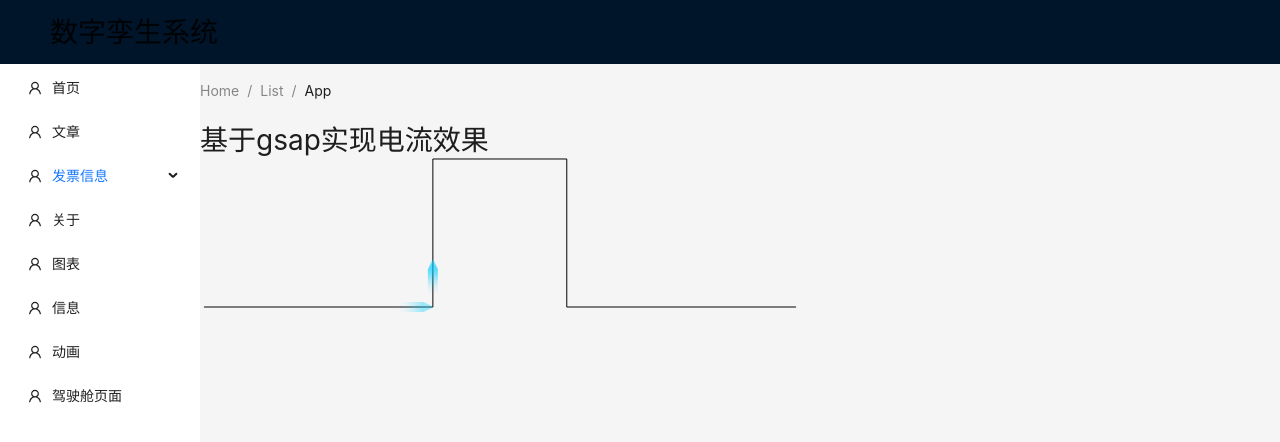
Repository: HailiePan/webpack-react-practice
Page: /animation
The author's editor kept a copy of each file at every save. The page is drawn from the files as they stood at one save, then again after the next save.
The browser window is 1280 px wide. The pictures show the whole page.
The project was rebuilt for these pictures with package versions that can differ from the ones it lists, and the page was loaded fresh each time. Also part of the build but not shown: src/pages/Animation/component/ScrollAnimation/index.jsx, src/pages/Home.jsx, src/pages/Invoices/index.jsx, src/pages/Invoices/Invoice.jsx, src/pages/Invoices/Pending.jsx, src/pages/Invoices/Complete.jsx, src/components/CommonBox/index.less, src/components/CommonBox/index.jsx and 27 more.

Above is the page before, as saved 2024-01-24 17:18:38.

### index.html
<!--
 * Author  hailie.pan
 * Date  2023-10-08 16:03:03
 * LastEditors  hailie.pan
 * LastEditTime  2023-10-08 16:03:04
 * Description  file content
-->
<!--
 * Author  hailie.pan
 * Date  2023-10-07 17:34:05
 * LastEditors  hailie.pan
 * LastEditTime  2023-10-07 17:34:06
 * Description  file content
-->
<!DOCTYPE html>
<html lang="en">
  <head>
    <meta charset="UTF-8" />
    <meta http-equiv="X-UA-Compatible" content="IE=edge" />
    <meta name="viewport" content="width=device-width, initial-scale=1.0" />
    <title>Document</title>
  </head>
  <body>
    <div id="app"></div>
  </body>
</html>

### src/index.jsx
/*
 * Author  hailie.pan
 * Date  2023-10-07 17:16:58
 * LastEditors  hailie.pan
 * LastEditTime  2023-10-24 17:39:40
 * Description  file content
 */
import React, { StrictMode } from "react";
import * as ReactDOM from "react-dom/client";
import { BrowserRouter, useRoutes } from "react-router-dom";
import { routes } from "@/router";
const App = () => {
  return useRoutes(routes);
};
const root = ReactDOM.createRoot(document.getElementById("app"));
// v18 的新方法
root.render(
  <StrictMode>
    <BrowserRouter>
      <App />
    </BrowserRouter>
  </StrictMode>
);

// BrowserRouter下直接渲染useRoutes,routes里配置好路径对应的组件
// 然后就会显示路径对应的组件
// useRoutes(routes)必须在函数里写着

### src/router/index.js
/*
 * @Author: Hailie.Pan
 * @Date: 2023-11-28 10:30:45
 * @LastEditors: Hailie.Pan
 * @LastEditTime: 2024-01-11 10:41:08
 * @Description:
 */
/*
 * Author  hailie.pan
 * Date  2023-10-13 17:13:27
 * LastEditors  hailie.pan
 * LastEditTime  2023-11-28 10:30:45
 * Description  file content
 */
import React from "react";
import { useRoutes } from "react-router-dom";

import BaseLayout from "@/BaseLayout";

import Home from "@/pages/Home";
import Invoices from "@/pages/Invoices";
import Invoice from "@/pages/Invoices/Invoice";
import Pending from "@/pages/Invoices/Pending";
import Complete from "@/pages/Invoices/Complete";
import About from "@/pages/About";
import Article from "@/pages/Article";
import ControlRoomFirstPage from "@/pages/ControlRoomFirstPage";
import Chart from "@/pages/Chart";
import Info from "@/pages/Info";
import Animation from '@/pages/Animation'

const routes = [
  {
    path: "/",
    element: <BaseLayout />,
    name: "一级场景",
    children: [
      { path: "/home", element: <Home />, name: "首页" },
      { path: "/article", element: <Article />, name: "文章" },
      {
        // path: "/invoices",
        // element: <Invoices />,
        name: "发票信息",
        children: [
          {
            path: "/invoices/invoicesDetail/:id",
            element: <Invoice />,
            name: "发票1详情",
          },
          {
            path: "/invoices/pending",
            element: <Pending />,
            name: "发票2详情",
          },
          {
            path: "/invoices/complete",
            element: <Complete />,
            name: "发票3详情",
          },
        ],
      },

      {
        path: "/about",
        element: <About />,
        name: "关于",
      },
      {
        path: "/chart",
        element: <Chart />,
        name: "图表",
      },
      {
        path: "/info",
        element: <Info />,
        name: "信息",
      },
      {
        path: "/animation",
        element: <Animation />,
        name: "动画",
      },
    ],
  },
  {
    path: "/controlRoomFirstPage",
    element: <ControlRoomFirstPage />,
    name: "驾驶舱页面",
  },
];

export { routes };

### src/BaseLayout/index.jsx
/*
 * Author  hailie.pan
 * Date  2023-10-13 17:28:32
 * LastEditors  hailie.pan
 * LastEditTime  2023-12-04 10:37:50
 * Description  file content
 */

import React, {useEffect, useCallback, useState, useMemo } from 'react';
import { LaptopOutlined, NotificationOutlined, UserOutlined } from '@ant-design/icons';
import { Breadcrumb, Layout, Menu, theme } from 'antd';
import { Link, NavLink, useRoutes, Navigate, Outlet } from 'react-router-dom';
import { gsap } from "gsap";
import { ScrollTrigger } from 'gsap/ScrollTrigger.js'
import { routes } from '@/router';
import StateContext from './data.js';
import styles from './index.less';
import ScrollAnimation from '@/pages/Animation/component/ScrollAnimation'
const { Header, Content, Sider } = Layout;

export default function BaseLayout() {
  // console.log("routes", routes);
  const [selectedMenuKeys, setSelectedMenuKeys] = useState([]);

  // useMemo缓存菜单的计算方法，避免每次刷新时都计算一遍
  // 这个菜单的算法还是不太优美，不好维护
  let showMenu = useMemo(
    () =>
      routes
        .map((item, index) => {
          if (item.children) {
            const arr2 = item.children.map((c, cIndex) => {
              return {
                key: cIndex,
                icon: React.createElement(UserOutlined),
                name: c.name,
                label: (
                  <NavLink to={c.path} state={'From App'}>
                    {c.name}
                  </NavLink>
                ),
                children: c?.children?.map((t, tIndex) => ({
                  key: `${cIndex}-${tIndex}`,
                  icon: React.createElement(UserOutlined),
                  name: t.name,
                  label: <NavLink to={t.path}>{t.name}</NavLink>
                }))
              };
            });
            return arr2;
          } else {
            return {
              key: 'dandu' + index,
              icon: React.createElement(UserOutlined),
              name: item.name,
              label: (
                <NavLink to={item.path} state={'From App'}>
                  {item.name}
                </NavLink>
              )
            };
          }
        })
        .flat(), // arr2是个数组，放到showMenu数组里需要拉平
    []
  );
  showMenu.flat();
  // console.log("showMenu", showMenu);

  const menuArr = [
    {
      key: 0,
      icon: React.createElement(UserOutlined),
      label: (
        <NavLink to="/home" state={'From App'}>
          首页
        </NavLink>
      )
    },

    {
      key: 1,
      icon: React.createElement(LaptopOutlined),
      label: <NavLink to="invoices">发票信息</NavLink>,
      children: [
        {
          key: '1-0',
          label: <NavLink to="/invoices/invoicesDetail/1?a=a&b=b">发票1详情页</NavLink>
        },
        {
          key: '1-1',
          label: <NavLink to="/invoices/pending?fromPage=菜单点击">发票2详情页</NavLink>
        },
        {
          key: '1-2',
          label: (
            <NavLink to="/invoices/complete" state={'左侧菜单点击'}>
              发票3详情页
            </NavLink>
          )
        }
      ]
    },
    {
      key: 2,
      icon: React.createElement(NotificationOutlined),
      label: <NavLink to="about">关于</NavLink>
    },
    {
      key: 3,
      icon: React.createElement(NotificationOutlined),
      label: <NavLink to="controlRoomFirstPage">驾驶舱页面</NavLink>
    },
    {
      key: 4,
      icon: React.createElement(LaptopOutlined),
      label: <NavLink to="article">文章</NavLink>
    }
  ];

  const onSelectMenu = ({ item, key, keyPath, selectedKeys, domEvent }) => {
    setSelectedMenuKeys([key]);
  };

  const [state, setState] = useState('playing');

  // useEffect(()=>{
  //   gsap.registerPlugin(ScrollTrigger)
  //     // 绿色方块
  //     gsap.to("#ewrwer", {
  //       rotation: 900,
  //       x:400,
  //       duration: 1,
  //       scrollTrigger: {
  //         trigger: '#ewrwer', // 动画的元素
  //         scroller: document.getElementById('21321'), // 滚动的元素
  //         scrub: 2,
  //         markers: true,
  //       },

  //     });
  // },[])

  return (
    <Layout className={styles.layoutWrap}>
{/*
      <div className={styles.box} id='21321'>
        <div className={styles.green} id='ewrwer'></div>
        <div style={{height:'1000px'}} />
      </div> */}

      {/* <ScrollAnimation /> */}


      <Header className={styles.header}>
        <div className={styles.logo} />

        <h1>数字孪生系统</h1>
      </Header>

      <Layout>
        <Sider className={styles.sider}>
          <Menu
            mode="inline"
            // defaultSelectedKeys={["0"]}
            // defaultOpenKeys={["sub1"]}
            style={{
              height: '100%',
              borderRight: 0
            }}
            items={showMenu}
            selectedKeys={selectedMenuKeys}
            onSelect={onSelectMenu}
          />
        </Sider>

        <Layout className={styles.rightLayout}>
          <Breadcrumb
            style={{
              margin: '16px 0'
            }}
          >
            <Breadcrumb.Item>Home</Breadcrumb.Item>
            <Breadcrumb.Item>List</Breadcrumb.Item>
            <Breadcrumb.Item>App</Breadcrumb.Item>
          </Breadcrumb>

          <StateContext.Provider value={{ state, setState }}>
            <Content className={styles.content} id='content'>
              <Outlet />
            </Content>
          </StateContext.Provider>
        </Layout>
      </Layout>
    </Layout>
  );
}

### src/pages/Animation/index.jsx
/*
 * @Author: Hailie.Pan
 * @Date: 2024-01-11 10:41:16
 * @LastEditors: Hailie.Pan
 * @LastEditTime: 2024-01-24 15:25:22
 * @Description:
 */
import React, { useRef, useEffect, useState } from 'react';
import { gsap } from 'gsap';
import { ScrollTrigger } from 'gsap/ScrollTrigger.js';
import MoveBox from './component/MoveBox';
import MoveOnPath from './component/MoveOnPath';
import CanvasDraw from './component/CanvasDraw';
import TimeLine from './component/TimeLine';
import ScrollAnimation from './component/ScrollAnimation';
import ScrollAnimation2 from './component/ScrollAnimation2';
import ImitateElectricity from './component/ImitateElectricity';
import DraggableCom from './component/DraggableCom';
import styles from './index.module.less';

export default function Animation() {
  let obj = { myNum: 10, myColor: 'red' };

  useEffect(() => {
    // stagger 依次执行动画
    // gsap.to([boxRef.current, boxRef2.current, boxRef3.current], {
    //   rotation: 360,
    //   stagger:1,
    //   duration:2
    // });

    gsap.to(obj, {
      myNum: 200,
      myColor: 'blue',
      onUpdate: () => {
        console.log('onUpdate', obj.myColor);
      },
      onComplete: () => console.log('onComplete', obj.myNum, obj.myColor)
    });
  }, []);

  return (
    <div className={styles.wrap}>
      {/* <MoveBox /> */}

      {/* 在canvas中驱动元素绘制 */}
      {/* <CanvasDraw /> */}

      {/* 时间线动画 stagger依次错开 */}
      {/* <TimeLine /> */}

      {/* 元素沿SVG路径移动 */}
      {/* <MoveOnPath /> */}

      {/* 把canvas的效果和gsap的效果放在一起对比 */}
      {/* 模拟电流效果 */}
      <ImitateElectricity />

      {/* 滚动动画 */}
      {/* <ScrollAnimation /> */}

      {/* 滚动动画 */}
      {/* <ScrollAnimation2 /> */}

      {/* 可拖拽 */}
      {/* <DraggableCom /> */}
    </div>
  );
}

### src/BaseLayout/data.js
/*
 * Author  hailie.pan
 * Date  2023-11-28 10:20:25
 * LastEditors  hailie.pan
 * LastEditTime  2023-11-28 10:26:27
 * Description  file content
 */
import { createContext } from "react";

const StateContext = createContext({});

export default StateContext;

### src/BaseLayout/index.less
body {
  margin: 0;
  // height: 200vh;
}


.layoutWrap {
  height: 100vh;
  overflow-y: auto;
}

.box{
  height: 200px;
  overflow-y: auto;
  // border: 1px solid rgb(239, 200, 151);
}
.green{
  width: 50px;
  height: 50px;
  background-color: green;
  border-radius: 4px;
  margin: 0 auto;
  position: fixed;
  top: 50%;
  left: 50%;
}
.header {
  display: flex;
  align-items: center;

  .logo {
    width: 100px;
    height: 40px;
    background: rgba(255, 255, 255, 0.5);
    margin-right: 20px;
  }
  h1 {
    color: #fff;
    padding: 0;
    margin: 0;
  }
}
@colorBgContainer: #fff;
.sider {
  width: 200;
  background: @colorBgContainer;
}
.rightLayout {
  padding: 0 24px 24px;
}

.content {
  padding: 24px;
  margin: 0;
  min-height: 280px;
  background: @colorBgContainer;
  // border: 1px solid green; // 高度没有被页面的高度撑开
  // height: auto;
  overflow-y: scroll;
}

### src/pages/home.less
@color: rgb(248, 157, 39);

@font-face {
  font-family: "DIN";
  src: url("@/assets/fonts/庞门正道标题体2.0增强版.ttf");
  font-style: normal;
  font-weight: normal;
}
.wrapper {
  font-weight: 700;
  color: #333;

  ul {
    color: @color;
    // list-style-type: none;
  }
  .fontStyle {
    font-family: "DIN";
  }

  .box {
    height: 500px;
    margin-top: 20px;
    display: flex;
    .item {
      flex-shrink: 1; //属性定义了项目的缩小比例，默认为1，即如果空间不足，该项目将缩小
      flex-grow: 1; // 定义项目的放大比例，默认为0，即如果存在剩余空间，也不放大
      width: 300px;
      background-color: #fce09e;
      border: 1px solid rgb(255, 162, 0);
    }
  }
  .showImg {
    display: flex;
    img {
      width: 100px;
      height: 100px;
      margin-top: 10px;
      display: block;
    }
  }
}

### src/pages/Animation/component/ImitateElectricity/index.jsx
/*
 * @Author: Hailie.Pan
 * @Date: 2024-01-16 22:18:53
 * @LastEditors: Hailie.Pan
 * @LastEditTime: 2024-01-24 17:17:50
 * @Description:
 */
import React, { useEffect, useRef } from 'react';
import { gsap } from 'gsap';
import { MotionPathPlugin, MotionPathHelper } from 'gsap/all';
import { Button } from 'antd';
import styles from './index.module.less';

export default function ImitateElectricity() {
  const jiantou = useRef();
  const jiantou2 = useRef();
  const jiantou3 = useRef();
  const jiantou4 = useRef();
  const jiantou5 = useRef();

  // 注册插件
  gsap.registerPlugin(MotionPathPlugin);

  useEffect(() => {
    const tl = gsap.timeline({ repeat: -1 });
    gsap.set(
      [jiantou.current, jiantou2.current, jiantou3.current, jiantou4.current, jiantou5.current],
      { scale: 0.5, opacity: 0 }
    );

    tl.to([jiantou.current], {
      duration: 0.1,
      opacity: 1
    });

    tl.to([jiantou.current], {
      duration: 2,
      ease: 'none',
      immediateRender: true,
      motionPath: {
        path: '#xianlu', // 路径
        align: '#xianlu', // 对齐到路径
        alignOrigin: [0.5, 0.5], // 对齐原点
        autoRotate: 90, // 沿路径方向旋转角度
        end: 0.24
      }
    });
    tl.to([jiantou.current], {
      duration: 0.2,
      opacity: 0
    });

    tl.to(
      [jiantou2.current],
      {
        duration: 0.2,
        opacity: 1
      },
      '<'
    );

    tl.to(
      [jiantou2.current],
      {
        duration: 1,
        ease: 'none',
        immediateRender: true,
        // stagger: 2, // 间隔时间
        motionPath: {
          path: '#xianlu', // 路径
          align: '#xianlu', // 对齐到路径
          alignOrigin: [0.5, 0.5], // 对齐原点
          autoRotate: 90, // 沿路径方向旋转角度
          start: 0.28,
          end: 0.41
        }
      },
      '<'
    );
    tl.to([jiantou2.current], {
      duration: 0.2,
      opacity: 0
    });

    return;
    tl.to(
      [jiantou3.current],
      {
        duration: 0.2,
        opacity: 1
      },
      '<0.2'
    );

    tl.to([jiantou3.current], {
      duration: 1,
      ease: 'none',
      immediateRender: true,
      // stagger: 2, // 间隔时间
      motionPath: {
        path: '#xianlu', // 路径
        align: '#xianlu', // 对齐到路径
        alignOrigin: [0.5, 0.5], // 对齐原点
        autoRotate: 90, // 沿路径方向旋转角度
        start: 0.44,
        end: 0.57
      }
    });

    tl.to([jiantou3.current], {
      duration: 0.2,
      opacity: 0
    });

    tl.to(
      [jiantou4.current],
      {
        duration: 0.2,
        opacity: 1
      },
      '<0.2'
    );

    tl.to([jiantou4.current], {
      duration: 1,
      ease: 'none',
      immediateRender: true,
      // stagger: 2, // 间隔时间
      motionPath: {
        path: '#xianlu', // 路径
        align: '#xianlu', // 对齐到路径
        alignOrigin: [0.5, 0.5], // 对齐原点
        autoRotate: 90, // 沿路径方向旋转角度
        start: 0.58,
        end: 0.73
      }
    });
    tl.to([jiantou4.current], {
      duration: 0.2,
      opacity: 0
    });

    tl.to(
      [jiantou5.current],
      {
        duration: 0.2,
        opacity: 1
      },
      '<0.2'
    );

    tl.to([jiantou5.current], {
      duration: 1,
      ease: 'none',
      immediateRender: true,
      // stagger: 2, // 间隔时间
      motionPath: {
        path: '#xianlu', // 路径
        align: '#xianlu', // 对齐到路径
        alignOrigin: [0.5, 0.5], // 对齐原点
        autoRotate: 90, // 沿路径方向旋转角度
        start: 0.75
        // end: 0.73
      }
    });

    // gsap.registerPlugin(MotionPathPlugin, MotionPathHelper)
  }, []);

  return (
    <div>
      <h1>基于gsap实现电流效果</h1>
      {/* svg路径必须是path */}
      <svg class={styles.motionPath} viewBox="0 0 600 152">
        <path fill="none" stroke="#000" d="m0,151h231.97V1h135.69v150h232.35" />
        <path
          id="xianlu"
          fill="none"
          stroke="none"
          d="m0,151h225.12c3.78,0,6.85-3.06,6.85-6.85V8.04c0-3.89,3.15-7.04,7.04-7.04h121.97c3.69,0,6.68,2.99,6.68,6.68v136.63c0,3.69,3,6.69,6.69,6.69h225.66"
        />
      </svg>

      <div className={styles.jiantou} ref={jiantou}></div>
      <div className={styles.jiantou} ref={jiantou2}></div>
      <div className={styles.jiantou} ref={jiantou3}></div>
      <div className={styles.jiantou} ref={jiantou4}></div>
      <div className={styles.jiantou} ref={jiantou5}></div>
    </div>
  );
}

### src/pages/Animation/component/ScrollAnimation/index.module.less

.wrap{
  border:1px solid red;
  height: 600px;
  background-color: #111;
  color: white;
  // overflow-x: hidden;
  overflow-y: scroll;
}
h1, h2 {
  margin: 0;
  font-weight: 400;
  max-width: none;
}
.headerSection{
  height: 400px;
  line-height: 400px;
  border: 1px solid rgb(255, 140, 0);
}

.comparisonSection {
  position: relative;
  padding-bottom: 56.25%; /* to maintain aspect ratio (responsive!) */
  border: 1px solid yellow;

  .comparisonImage {
    width: 100%;
    height: 100%;

    img {
      width: 100%;
      height: 100%;
      position: absolute;
      top: 0;
    }
  }

  .afterImage {
    position: absolute;
    overflow: hidden;
    top: 0;
    transform: translate(100%, 0px);
    img {
      transform: translate(-100%, 0px);
    }
  }
}

### src/pages/Animation/component/ImitateElectricity/index.module.less
.motionPath {
  overflow: visible;
  width: 600px;
  height: 150px;
}

.jiantou {
  width: 20px;
  height: 77px;
  background: url('./assets/jiantou2.png');
}

After the next save:
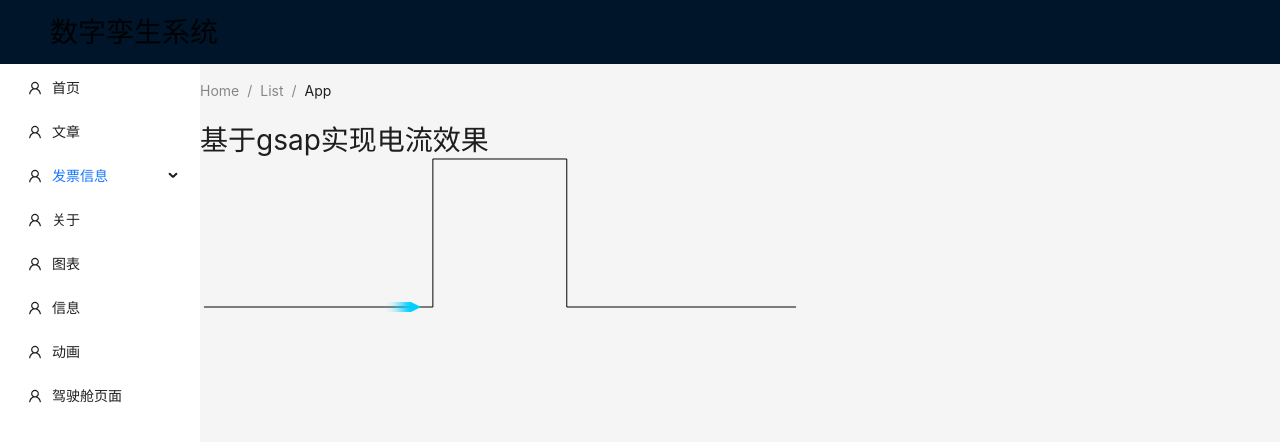
Saved 12 s later.
--- a/src/pages/Animation/component/ImitateElectricity/index.jsx
+++ b/src/pages/Animation/component/ImitateElectricity/index.jsx
@@ -55,8 +55,8 @@
       {
         duration: 0.2,
         opacity: 1
-      },
-      '<'
+      }
+      // '<'
     );
 
     tl.to(

After the 2 saves that followed:
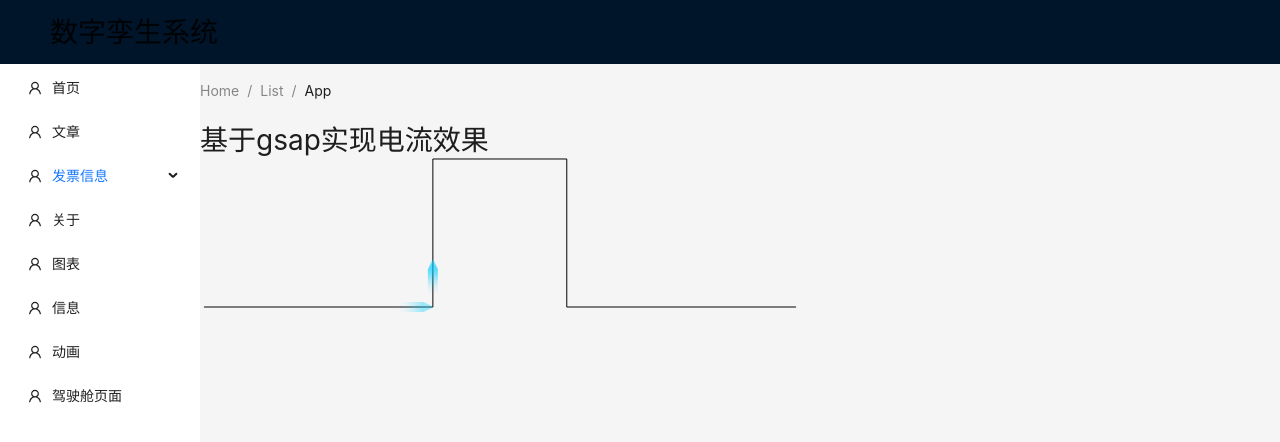
The 2 saves are shown as one change because 1 left the picture as it was.
The last was saved 54 s later.
--- a/src/pages/Animation/component/ImitateElectricity/index.jsx
+++ b/src/pages/Animation/component/ImitateElectricity/index.jsx
@@ -2,7 +2,7 @@
  * @Author: Hailie.Pan
  * @Date: 2024-01-16 22:18:53
  * @LastEditors: Hailie.Pan
- * @LastEditTime: 2024-01-24 17:17:50
+ * @LastEditTime: 2024-01-24 17:19:12
  * @Description:
  */
 import React, { useEffect, useRef } from 'react';
@@ -55,8 +55,8 @@
       {
         duration: 0.2,
         opacity: 1
-      }
-      // '<'
+      },
+      '<'
     );
 
     tl.to(
